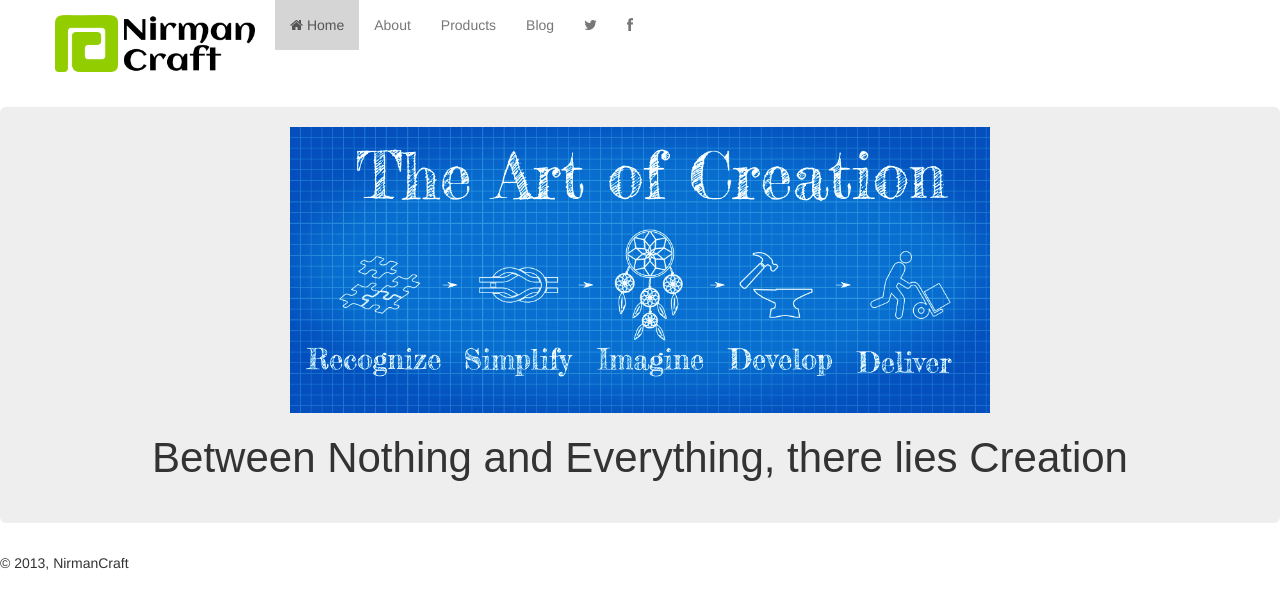
Repository: MeShreyas/NirmanCraftWebsite
Page: NirmanCraft/index.html
An editor plug-in stored every save of this project. The page is shown before and after the next save, followed by the edit.
The browser window is 1280 px wide. The pictures show the whole page.
Some web fonts or font styles are not loaded; a fallback is used.

Above is the page before, as saved 2013-10-07 12:11:08.
Console error: ReferenceError: jQuery is not defined

After the next save:
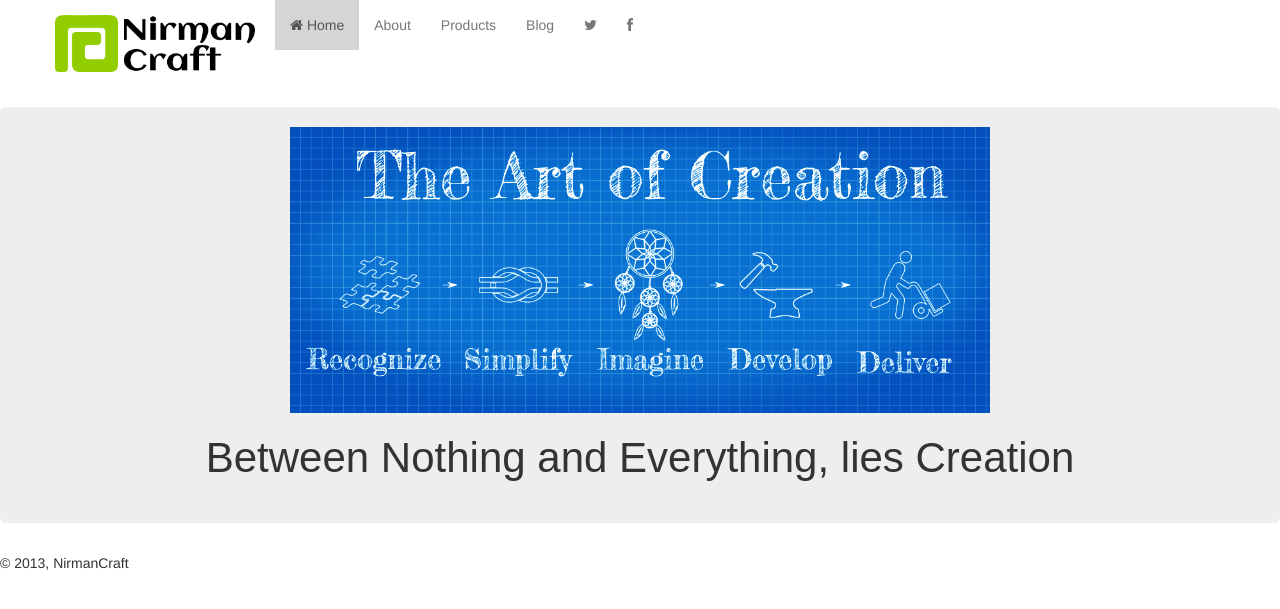
Saved 13 s later.
--- a/NirmanCraft/index.html
+++ b/NirmanCraft/index.html
@@ -63,7 +63,7 @@
 
 						<img src="images/finalbanner.png" width="700px"/>
 						<br/>
-						Between Nothing and Everything, there lies Creation
+						Between Nothing and Everything, lies Creation
 					</center>
 				</div>
 			</div>
